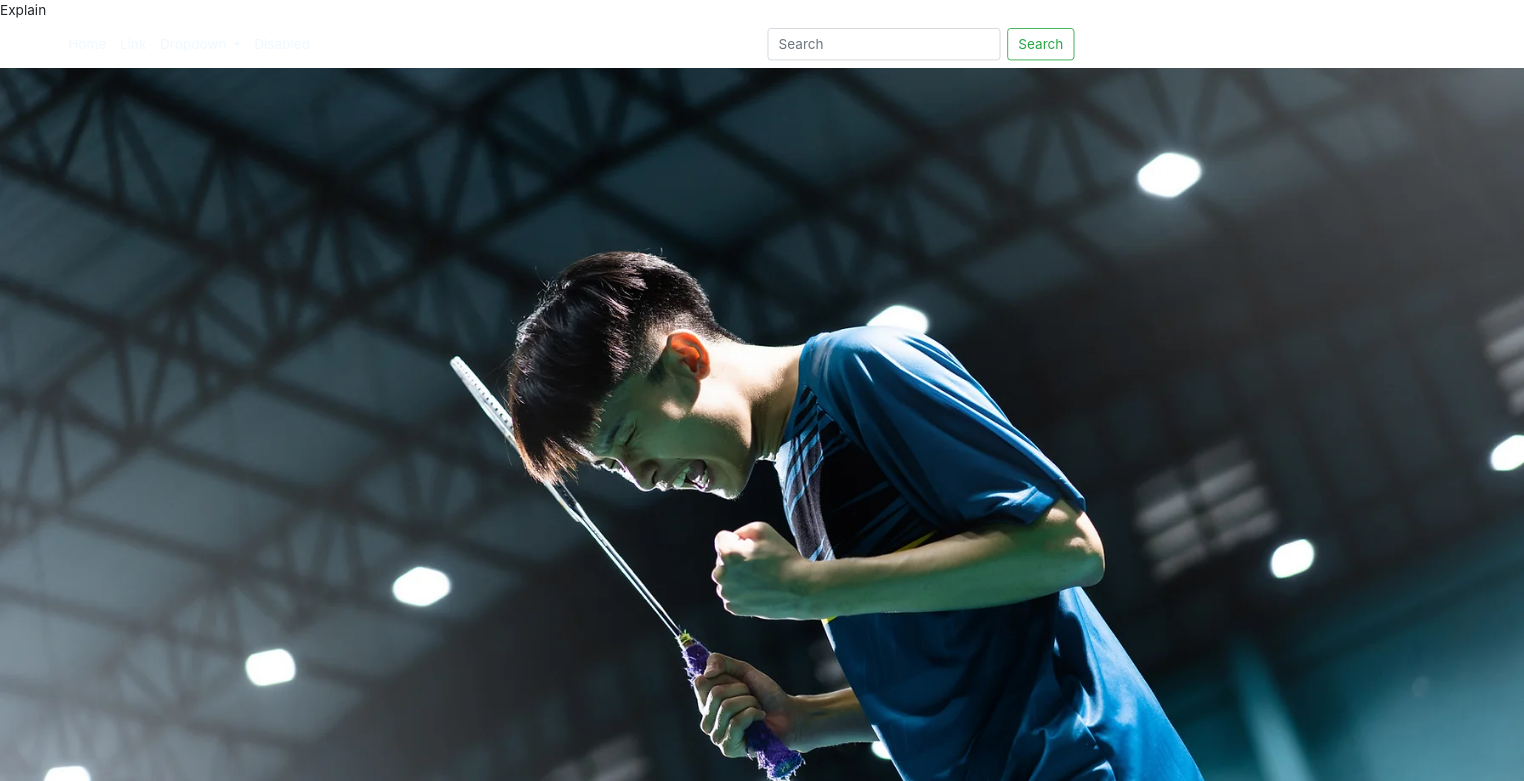
Repository: tsthuy/Badminton
Page: index.html
These files come from the project's save history. The page is drawn as it stood at one moment and after the next save; the edit follows.
The browser window is 1280 px wide. The page is 1793 px wide, then 1280 px, so the pictures cover 1793 px, including what lies to the right of the window. The pictures show the whole page, at 85% of full size.
Some web libraries are served in a nearby version.

Above is the page before, as saved 2023-10-12 21:12:00.

After the next save:
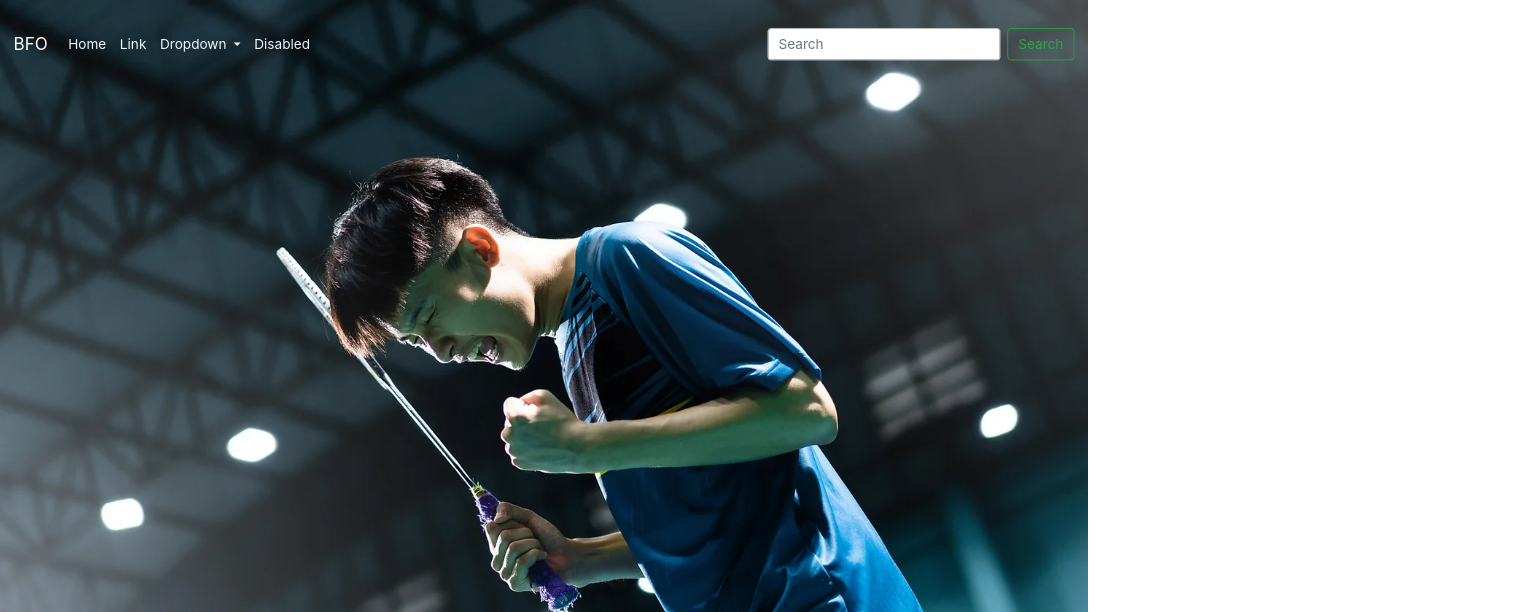
Saved 10 s later.
--- a/main.css
+++ b/main.css
@@ -6,7 +6,7 @@
 {
     color: white;
 }
-.background_cover image
+.background_cover img
 {
 
     object-fit: cover;
